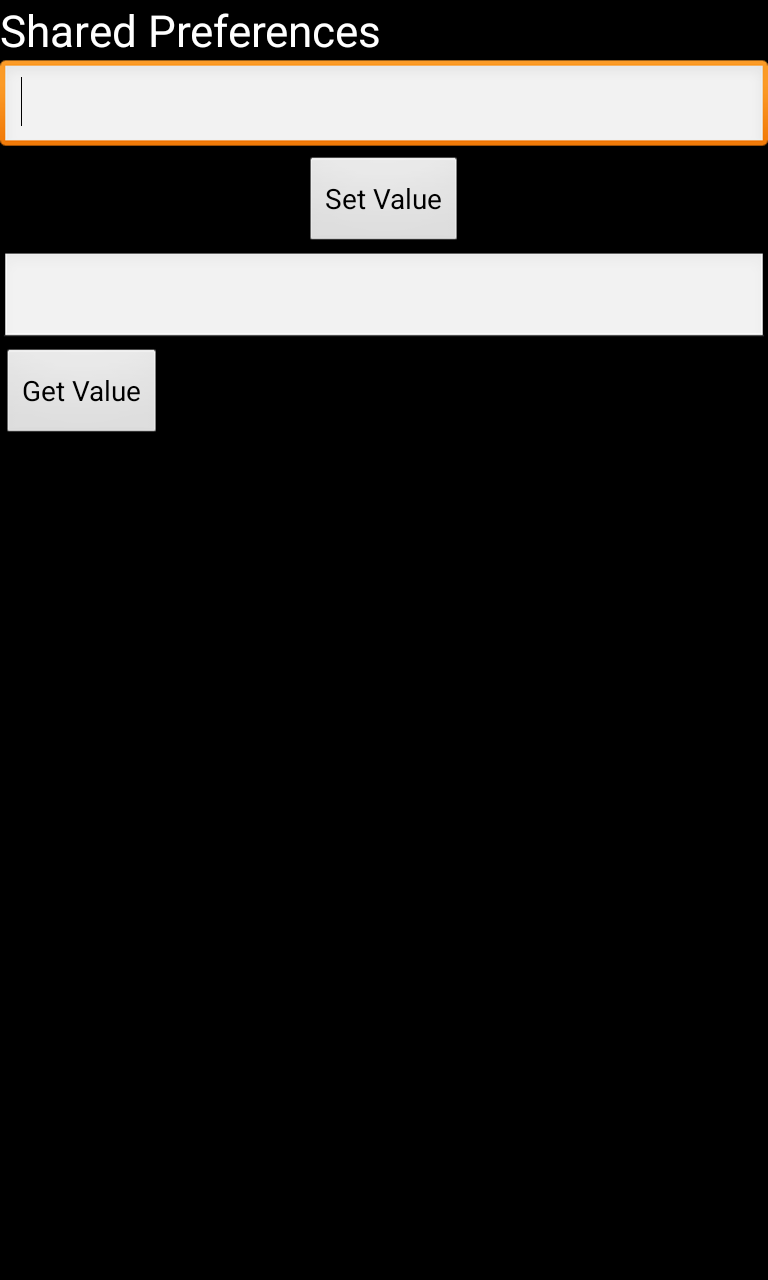
Repository: smartapps08/addteqtutorials
Layout: Shared Prefernces Demo/res/layout/main.xml
The author's editor kept a copy of each file at every save. The layout is drawn from the files as they stood at one save, then again after the next save.
It is drawn on a 768 x 1280 px phone screen (xhdpi) without system bars, with theme android:Theme; the app's code is not run.

Above is the layout before, as saved 2012-06-12 14:48:09.

After the next save:
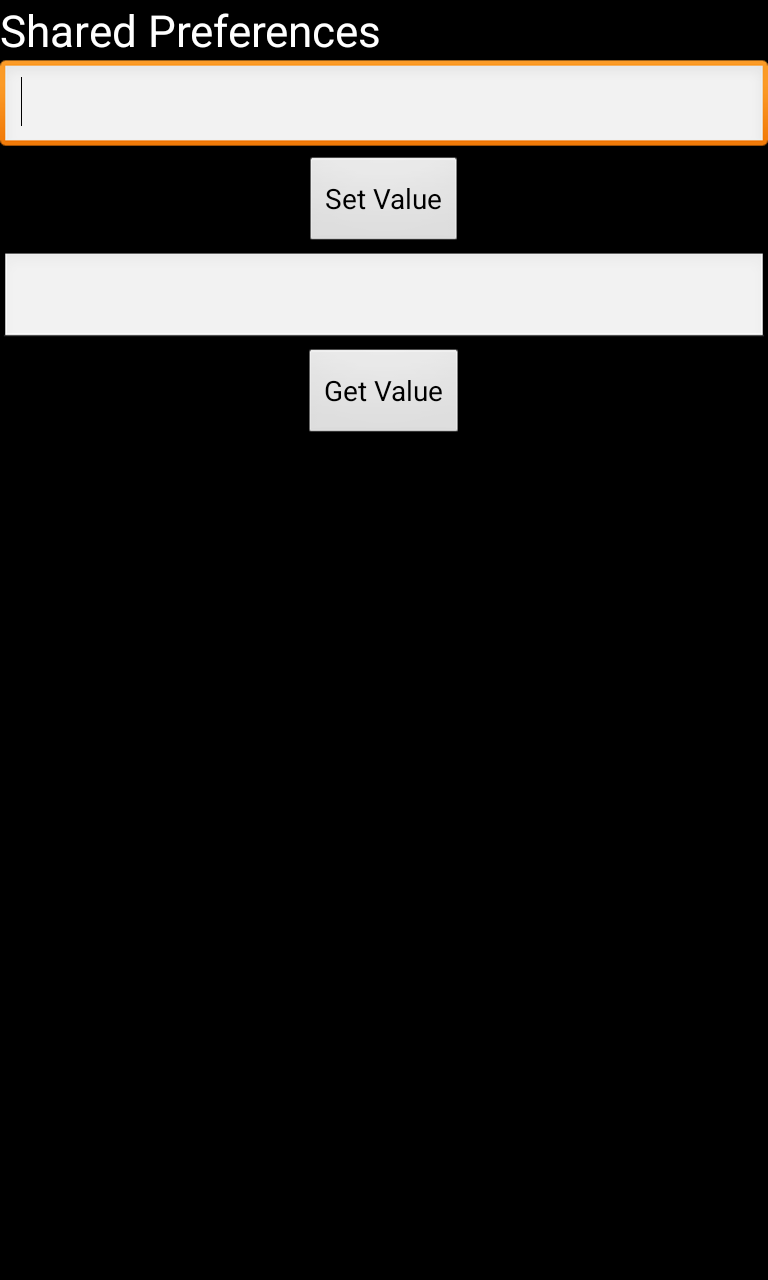
Saved 11 s later.
--- a/Shared Prefernces Demo/res/layout/main.xml
+++ b/Shared Prefernces Demo/res/layout/main.xml
@@ -37,6 +37,7 @@
         android:id="@+id/btnGet"
         android:layout_width="wrap_content"
         android:layout_height="wrap_content"
-        android:text="Get Value" />
+        android:text="Get Value"
+        android:layout_gravity="center_horizontal" />
 
 </LinearLayout>
